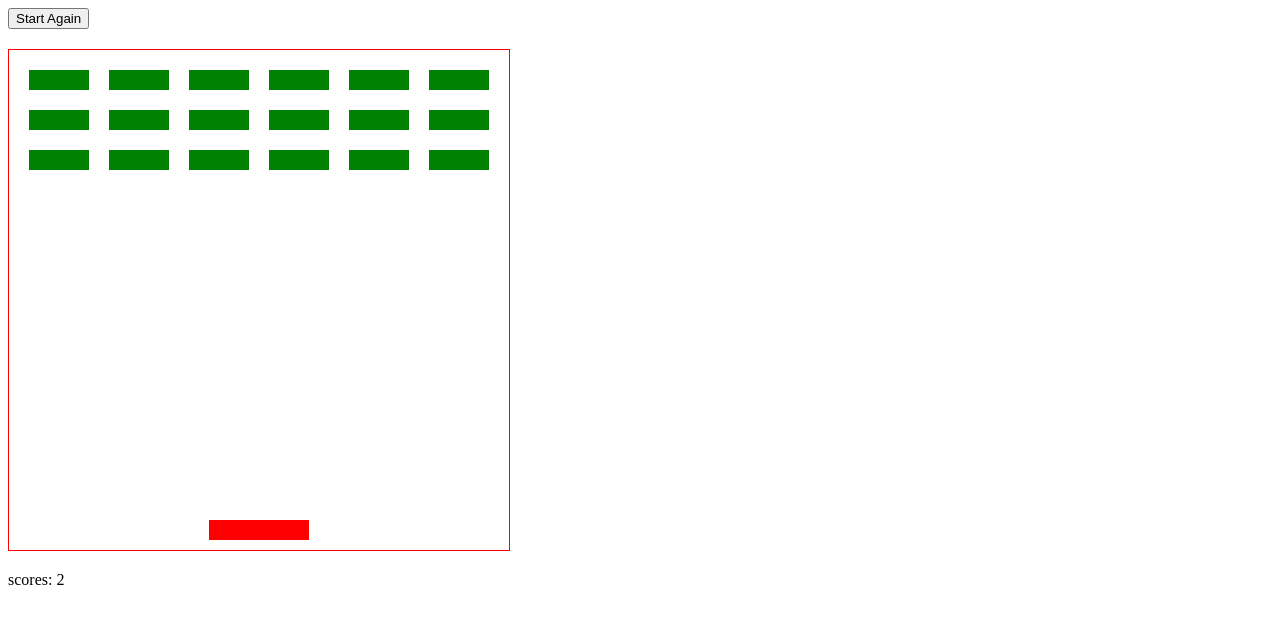
Repository: huynhsang96/CaseJS
Page: Demo_case/index.html
These files come from the project's save history. The page is drawn as it stood at one moment and after the next save; the edit follows.
The browser window is 1280 px wide. The pictures show the whole page.

Above is the page before, as saved 2022-02-20 12:10:32.

After the next save:
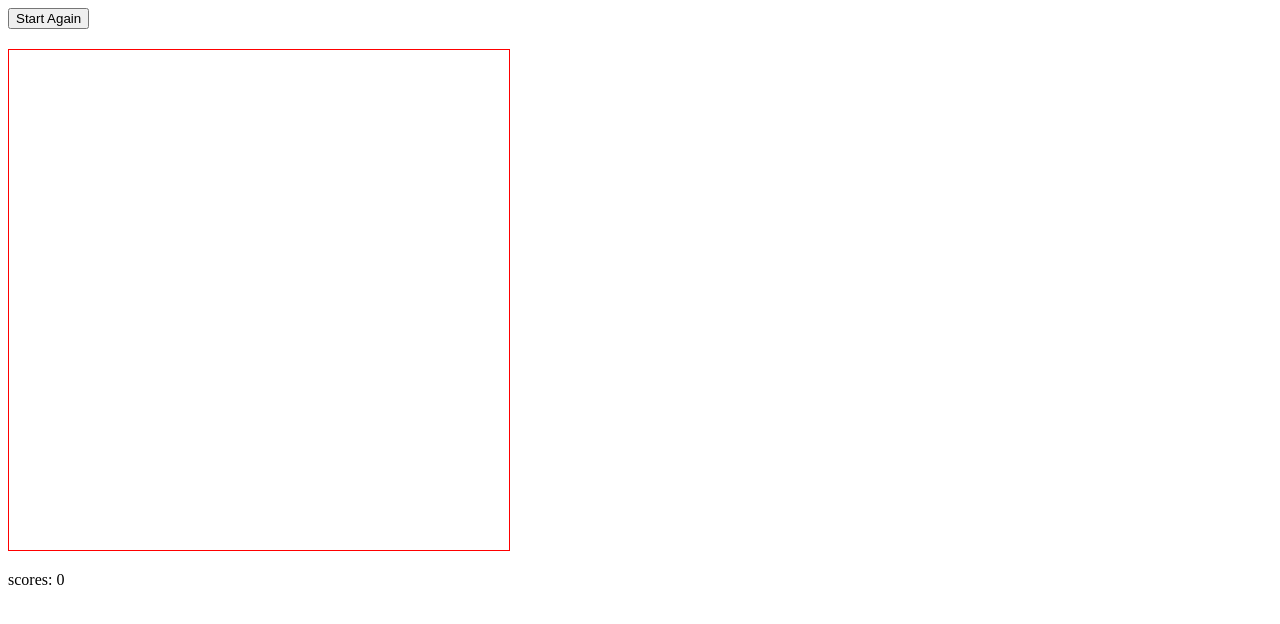
Console error: SyntaxError: Unexpected token '}'
Saved 32 s later.
--- a/Demo_case/main.js
+++ b/Demo_case/main.js
@@ -49,6 +49,7 @@
 }
 
 // xử lý va chạm
+let score = 0;
 function BricksCollision(){
     bricks.brickList.forEach(function(element){
         if(!element.isbroken){
@@ -58,6 +59,7 @@
                 ball.y - ball.radius <= element.y + bricks.height){
                 ball.speedY = -ball.speedY;
                 element.isbroken = true;
+                score +=
             }
         }
     })
@@ -87,7 +89,7 @@
 
 play()
 
-let score = 0;
+
 
 
 let scoreball = document.querySelector(".scores");

After the save that followed:
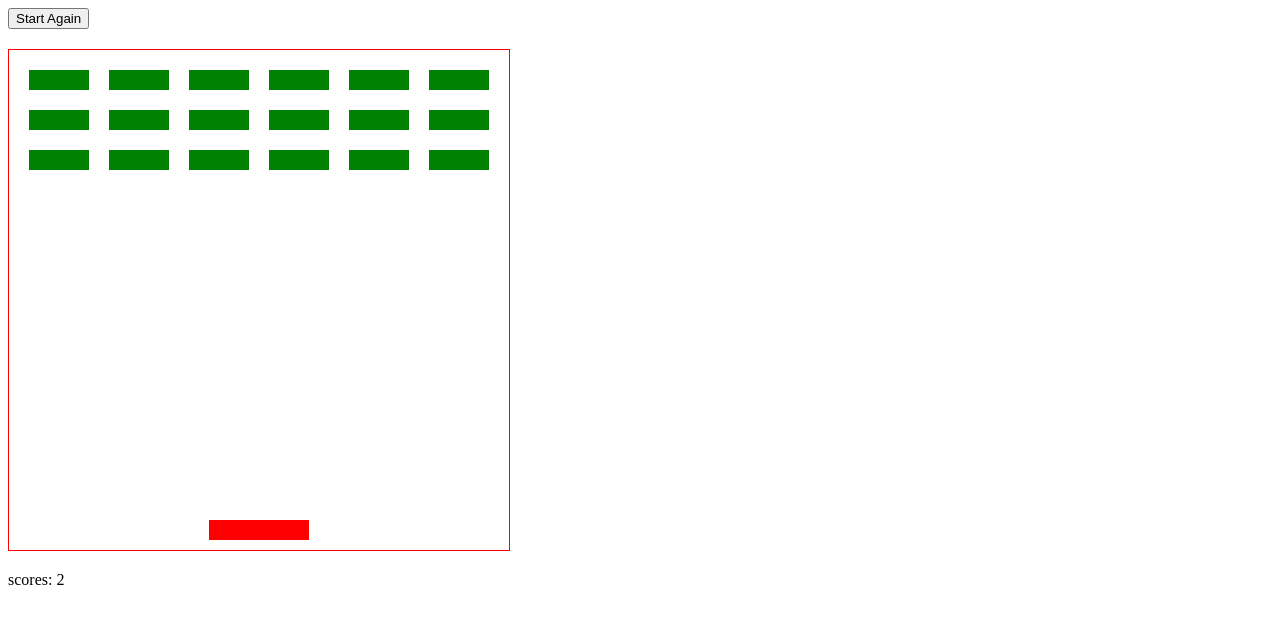
The error is gone.
Saved 5 s later.
--- a/Demo_case/main.js
+++ b/Demo_case/main.js
@@ -59,7 +59,7 @@
                 ball.y - ball.radius <= element.y + bricks.height){
                 ball.speedY = -ball.speedY;
                 element.isbroken = true;
-                score +=
+                score += 1;
             }
         }
     })
